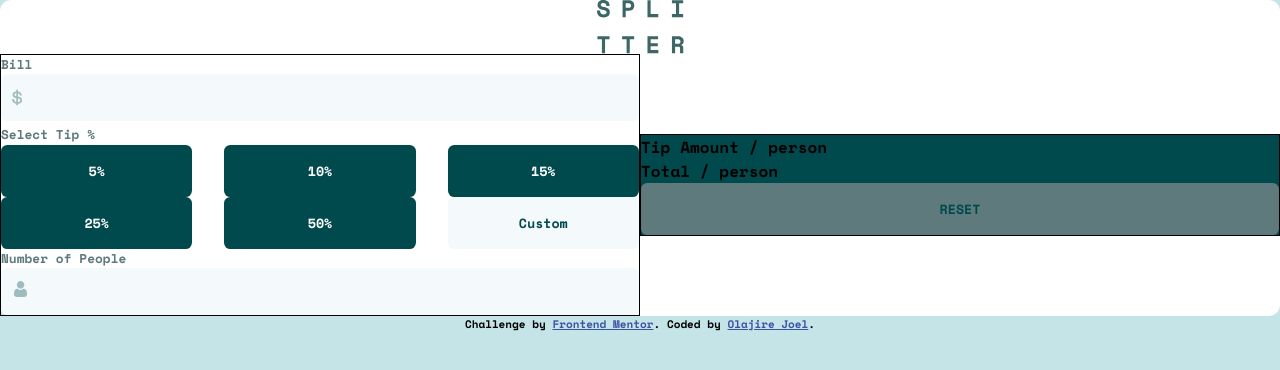
Repository: JuzzJoel/tip-calculator-app-main
Page: index.html
The author's editor kept a copy of each file at every save. The page is drawn from the files as they stood at one save, then again after a run of saves.
The browser window is 1280 px wide. The pictures show the whole page.

Above is the page before, as saved 2025-05-25 07:58:57.

After the next 9 saves:
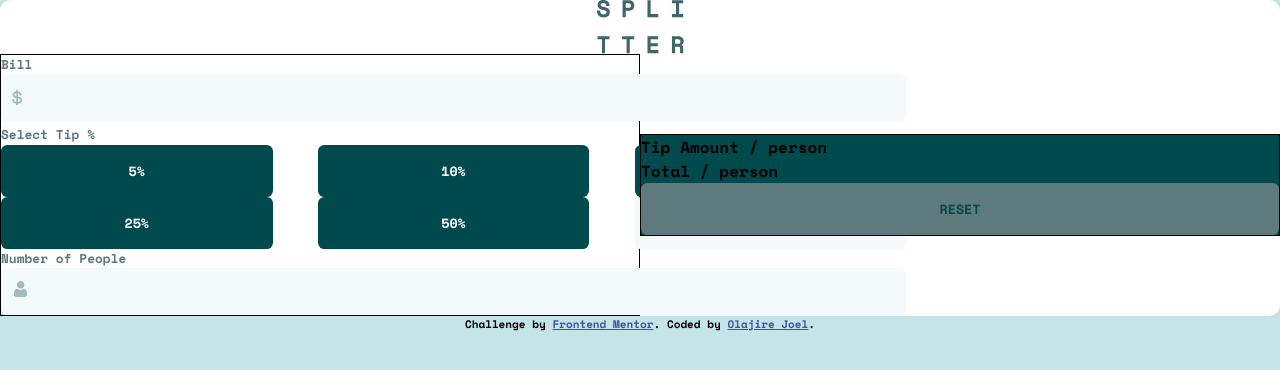
The 9 saves are shown as one change because they came seconds apart.
The last was saved 2 min 16 s later.
--- a/index.html
+++ b/index.html
@@ -83,6 +83,9 @@
     .tips-container{
       background: var(--Green-900);
       border: 1px solid #000;
+    }
+    .options,.tips{
+      width: 905px;
     }
     label{
       font-size: 0.8rem;
